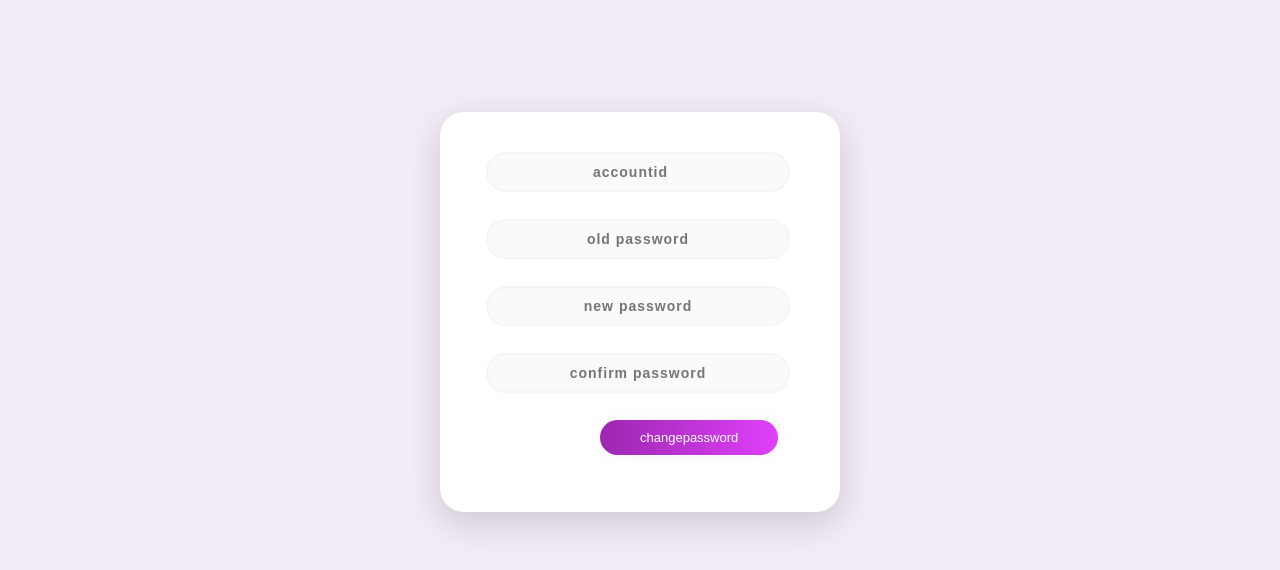
Repository: anujs099/bankingapp
Page: banking-application-final/WebContent/changepassword.html
An editor plug-in stored every save of this project. The page is shown before and after the next save, followed by the edit.
The browser window is 1280 px wide. The pictures show the whole page.

Above is the page before, as saved 2021-03-07 14:53:55.

### banking-application-final/WebContent/changepassword.html
<!DOCTYPE html>
<html>
<head>
<meta charset="ISO-8859-1">
<title>Insert title here</title>
<link rel="stylesheet" href="LoginFile.css">
</head>
<body>
<div class="main">


<form action="changepassword" method="post" class="form1">
<input type="number" placeholder="accountid" name="accountid" class="un"><br>
<input type="text" placeholder="old password" name="oldpassword" class="un"><br>
<input type="text" placeholder="new password" name="newpassword" class="un"><br>
<input type="text" placeholder="confirm password" name="confirmpassword" class="un"><br>
<input type="submit" value="changepassword" class="submit" style="position: relative;left:20px;">
</form>


</div>
</body>
</html>

### banking-application-final/WebContent/LoginFile.css
@charset "ISO-8859-1";
 body {
        background-color: #F3EBF6;
        font-family: 'Ubuntu', sans-serif;
    }

    .main {
        background-color: #FFFFFF;
        width: 400px;
        height: 400px;
        margin: 7em auto;
        border-radius: 1.5em;
        box-shadow: 0px 11px 35px 2px rgba(0, 0, 0, 0.14);
    }

    .sign {
        padding-top: 40px;
        color: #8C55AA;
        font-family: 'Ubuntu', sans-serif;
        font-weight: bold;
        font-size: 23px;
    }

    .un {
    width: 76%;
    color: rgb(38, 50, 56);
    font-weight: 700;
    font-size: 14px;
    letter-spacing: 1px;
    background: rgba(136, 126, 126, 0.04);
    padding: 10px 20px;
    border: none;
    border-radius: 20px;
    outline: none;
    box-sizing: border-box;
    border: 2px solid rgba(0, 0, 0, 0.02);
    margin-bottom: 50px;
    margin-left: 46px;
    text-align: center;
    margin-bottom: 27px;
    font-family: 'Ubuntu', sans-serif;
    }

    form.form1 {
        padding-top: 40px;
    }

    .pass {
            width: 76%;
    color: rgb(38, 50, 56);
    font-weight: 700;
    font-size: 14px;
    letter-spacing: 1px;
    background: rgba(136, 126, 126, 0.04);
    padding: 10px 20px;
    border: none;
    border-radius: 20px;
    outline: none;
    box-sizing: border-box;
    border: 2px solid rgba(0, 0, 0, 0.02);
    margin-bottom: 50px;
    margin-left: 46px;
    text-align: center;
    margin-bottom: 27px;
    font-family: 'Ubuntu', sans-serif;
    }


    .un:focus, .pass:focus {
        border: 2px solid rgba(0, 0, 0, 0.18) !important;

    }

    .submit {
      cursor: pointer;
        border-radius: 5em;
        color: #fff;
        background: linear-gradient(to right, #9C27B0, #E040FB);
        border: 0;
        padding-left: 40px;
        padding-right: 40px;
        padding-bottom: 10px;
        padding-top: 10px;
        font-family: 'Ubuntu', sans-serif;
        margin-left: 35%;
        font-size: 13px;
        box-shadow: 0 0 20px 1px rgba(0, 0, 0, 0.04);
    }

    .forgot {
        text-shadow: 0px 0px 3px rgba(117, 117, 117, 0.12);
        color: #E1BEE7;
        padding-top: 15px;
    }

    a {
        text-shadow: 0px 0px 3px rgba(117, 117, 117, 0.12);
        color: #E1BEE7;
        text-decoration: none
    }

    @media (max-width: 600px) {
        .main {
            border-radius: 0px;
        }

    }

After the next save:
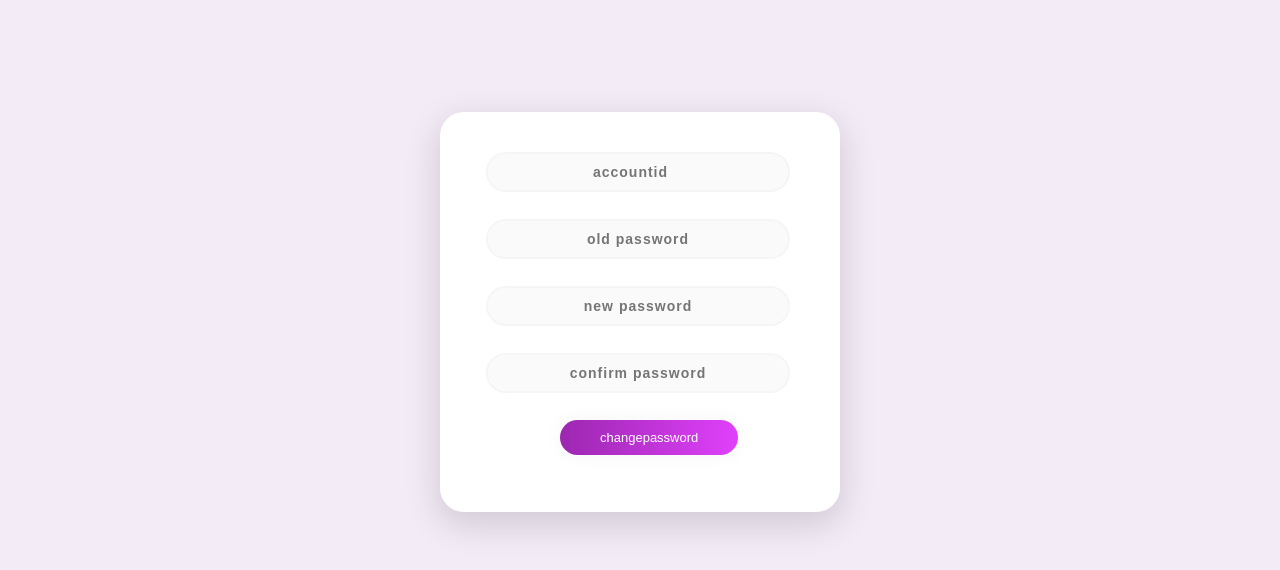
Saved 11 s later.
--- a/banking-application-final/WebContent/changepassword.html
+++ b/banking-application-final/WebContent/changepassword.html
@@ -14,7 +14,7 @@
 <input type="text" placeholder="old password" name="oldpassword" class="un"><br>
 <input type="text" placeholder="new password" name="newpassword" class="un"><br>
 <input type="text" placeholder="confirm password" name="confirmpassword" class="un"><br>
-<input type="submit" value="changepassword" class="submit" style="position: relative;left:20px;">
+<input type="submit" value="changepassword" class="submit" style="position: relative;left:-20px;">
 </form>
 
 
